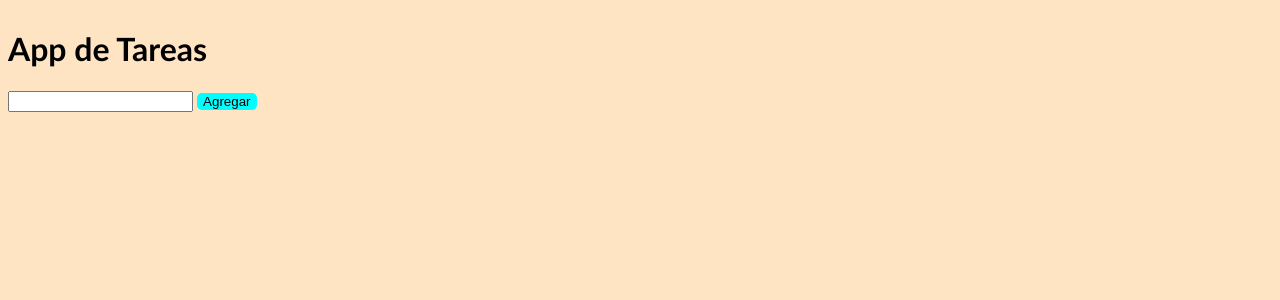
Repository: Kevin8548/Ejercicios-DOM
Page: todoapp/index.html
The author's editor kept a copy of each file at every save. The page is drawn from the files as they stood at one save, then again after the next save.
The browser window is 1280 px wide. The pictures show the whole page.

Above is the page before, as saved 2024-10-09 13:58:41.

After the next save:
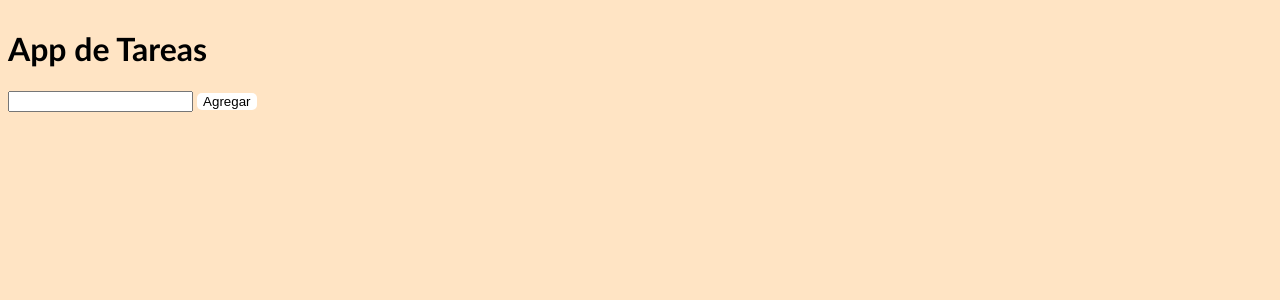
Saved 41 s later.
--- a/todoapp/style.css
+++ b/todoapp/style.css
@@ -33,7 +33,7 @@ body{
 }
 
 button{
-    background-color: aqua;
+    background-color: rgb(255, 255, 255);
     border: 10px;
     border-radius: 5px;
     /* width: 20px;
